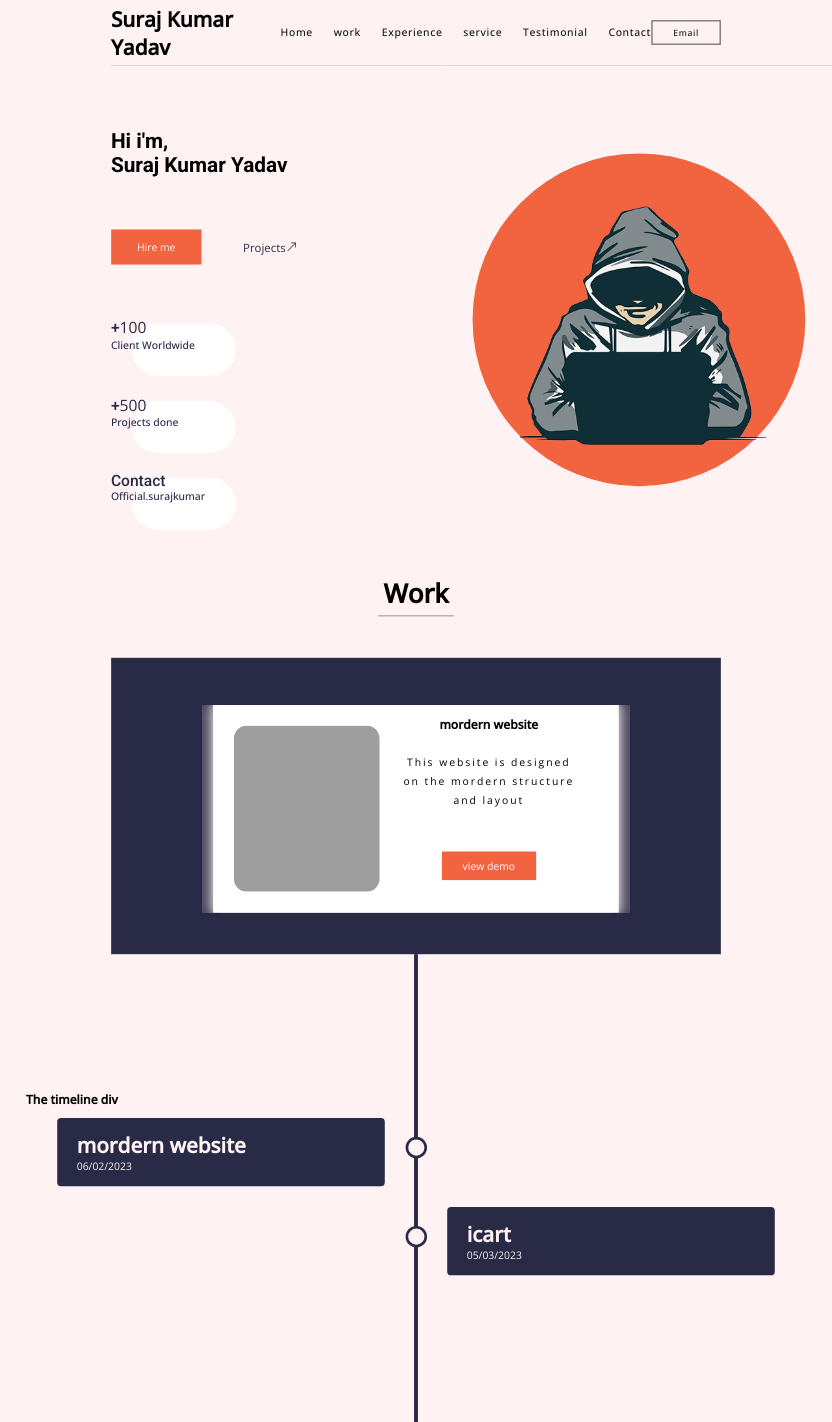
Repository: suraj-yadav7/portfolio-reactjs
Page: /
These files come from the project's save history. The page is drawn as it stood at one moment and after the next save; the edit follows.
The browser window is 1280 px wide. The pictures show the whole page, at 65% of full size.
Pictures or frames that could not be fetched are drawn as grey boxes. The project was rebuilt for these pictures with package versions that can differ from the ones it lists, and the page was loaded fresh each time.

Above is the page before, as saved 2023-04-10 19:09:17.

After the next save:
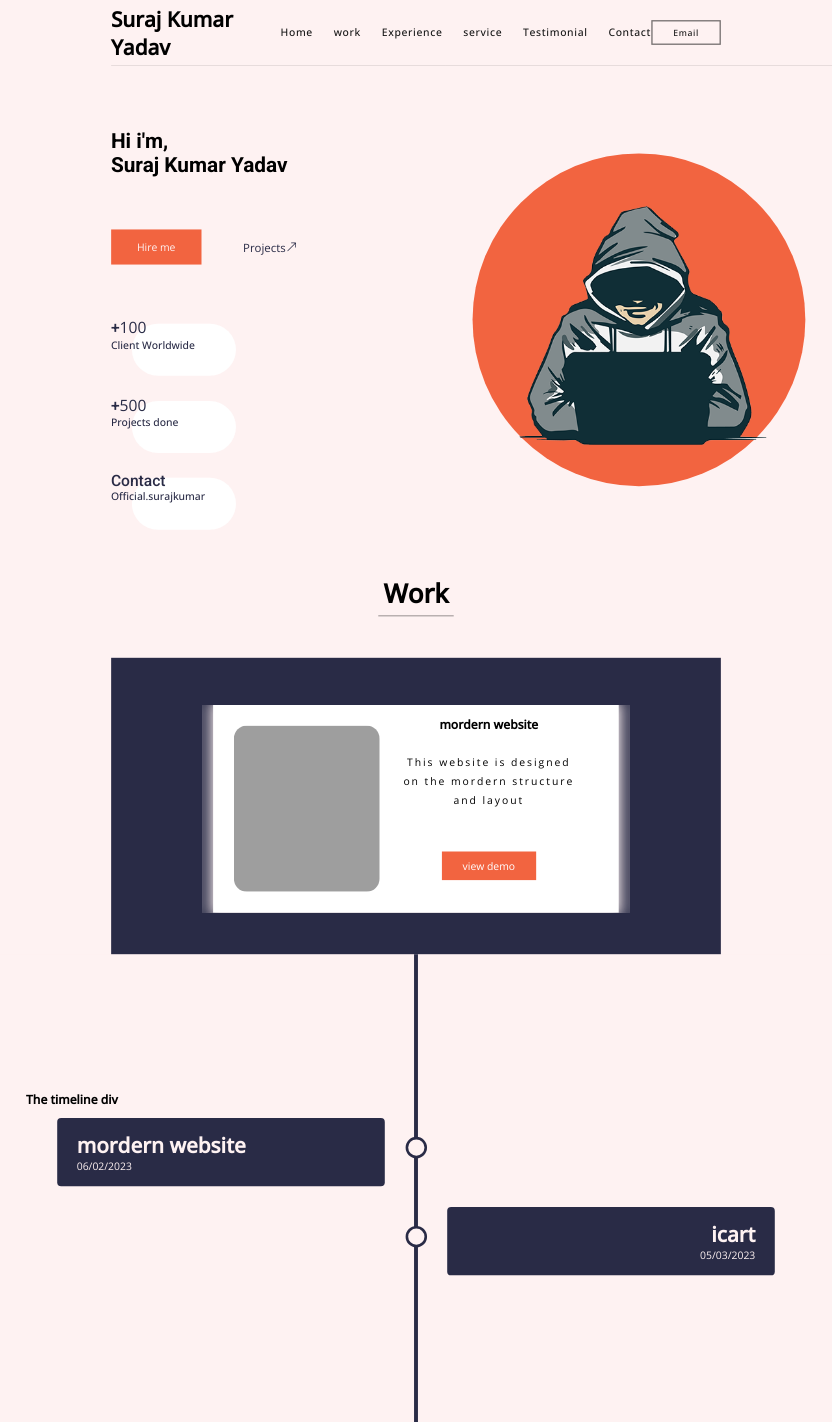
Saved 3 min 10 s later.
--- a/src/styles/timeline.scss
+++ b/src/styles/timeline.scss
@@ -29,6 +29,14 @@
         position: relative;
         background-color: inherit;
         width: 50%;
+
+        &:nth-child(odd){
+            text-align: right;
+        }
+
+        &:nth-child(even){
+            text-align: left;
+        }
         &::after{
             content: "";
             position: absolute;
